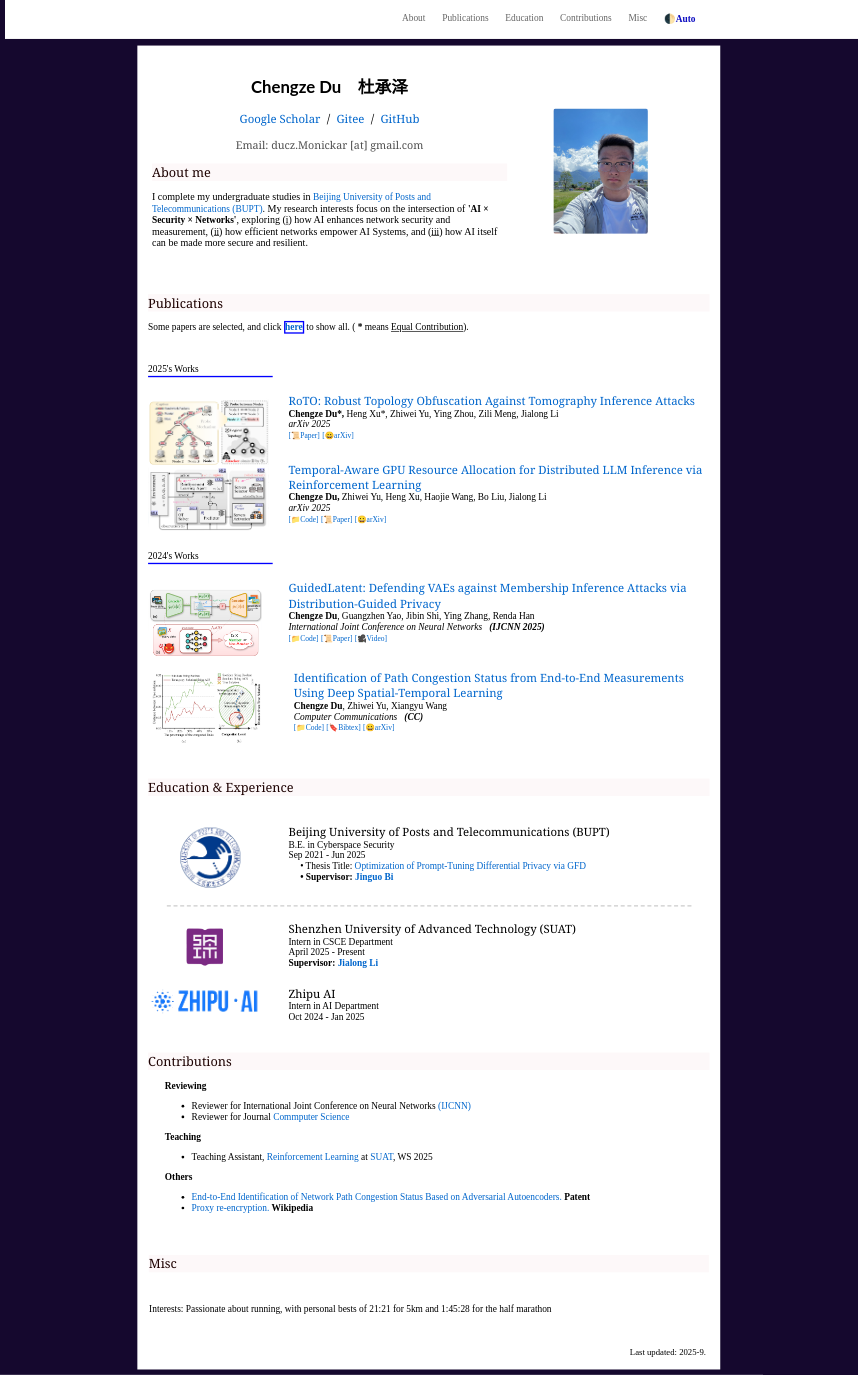
Repository: Monickar/Monickar.github.io
Page: index.html
The author's editor kept a copy of each file at every save. The page is drawn from the files as they stood at one save, then again after the next save.
The browser window is 1280 px wide. The pictures show the whole page, at 67% of full size.

Above is the page before, as saved 2025-10-28 19:01:46.

After the next save:
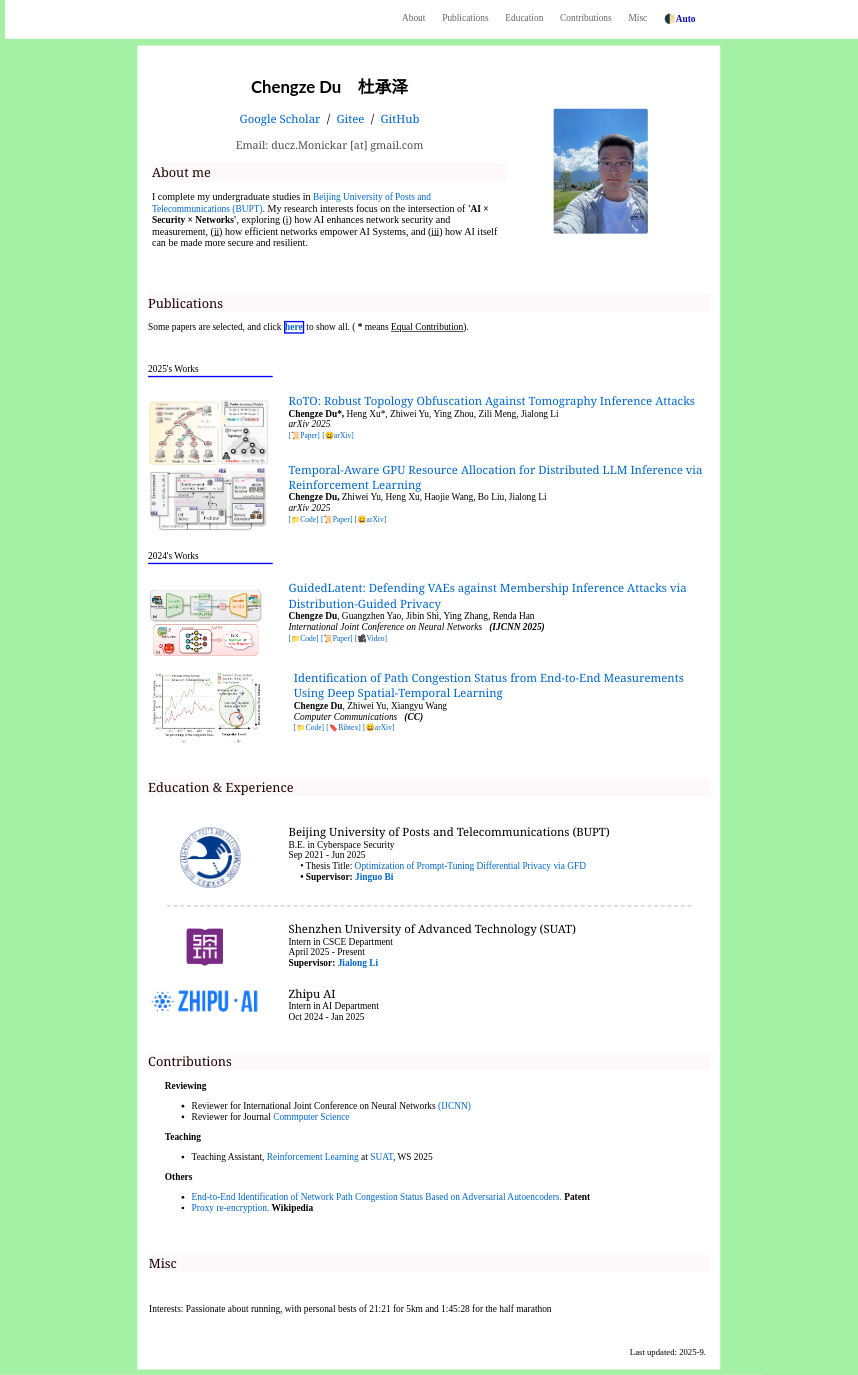
Saved 5 s later.
--- a/styles.css
+++ b/styles.css
@@ -21,7 +21,7 @@
 }
 
 .bodycolor {
-  background-color: #15082e;
+  background-color: #a4f1a6;
 }
 
 a {
